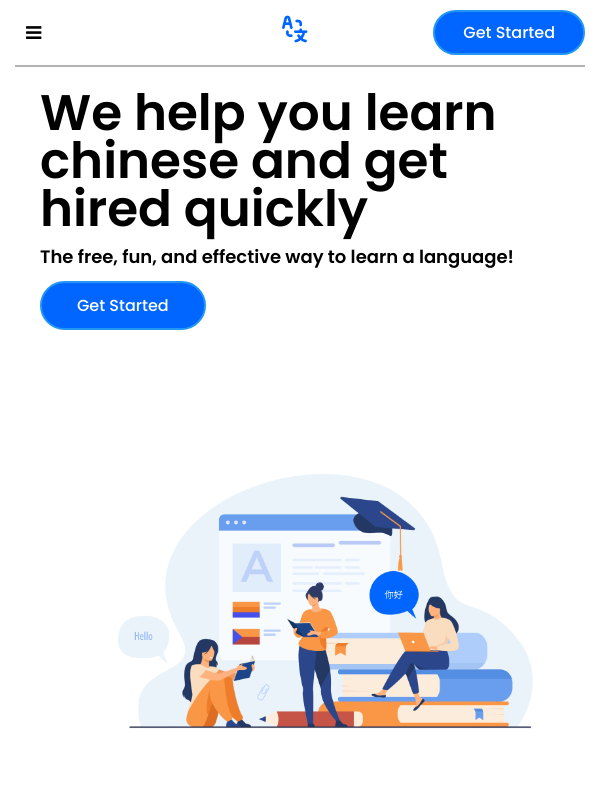
Repository: BinhIT/ChineseLearn
Page: index.html
These files come from the project's save history. The page is drawn as it stood at one moment and after the next save; the edit follows.
The browser window is 600 px wide. The page is 612 px wide, so the pictures cover 612 px, including what lies to the right of the window. The pictures show the whole page.

Above is the page before, as saved 2023-03-01 14:32:47.

After the next save:
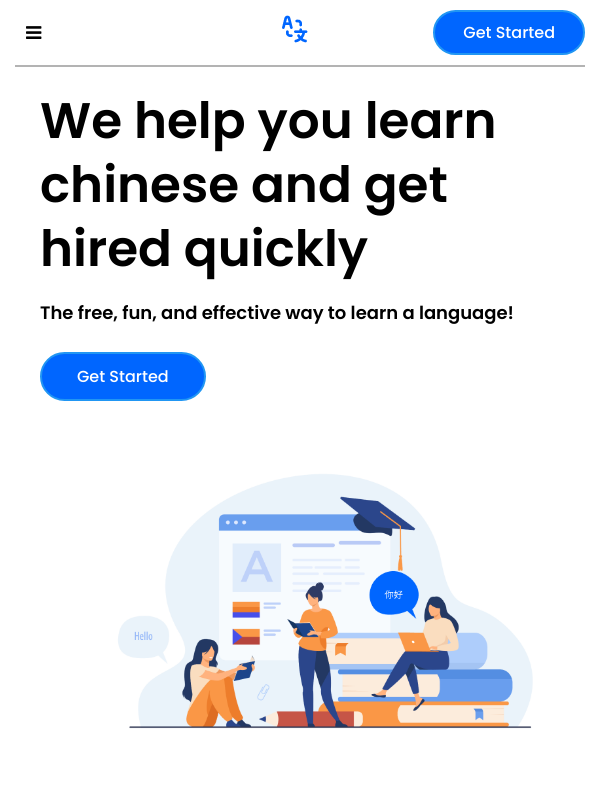
Saved 9 s later.
--- a/css/section.css
+++ b/css/section.css
@@ -52,7 +52,7 @@
 /* Mobile */
 @media only screen and (max-width:765px) {
     .hero-col1 {
-        line-height: 3em;
+        line-height: 4em;
     }
 
     .hero-col1 h1 {
